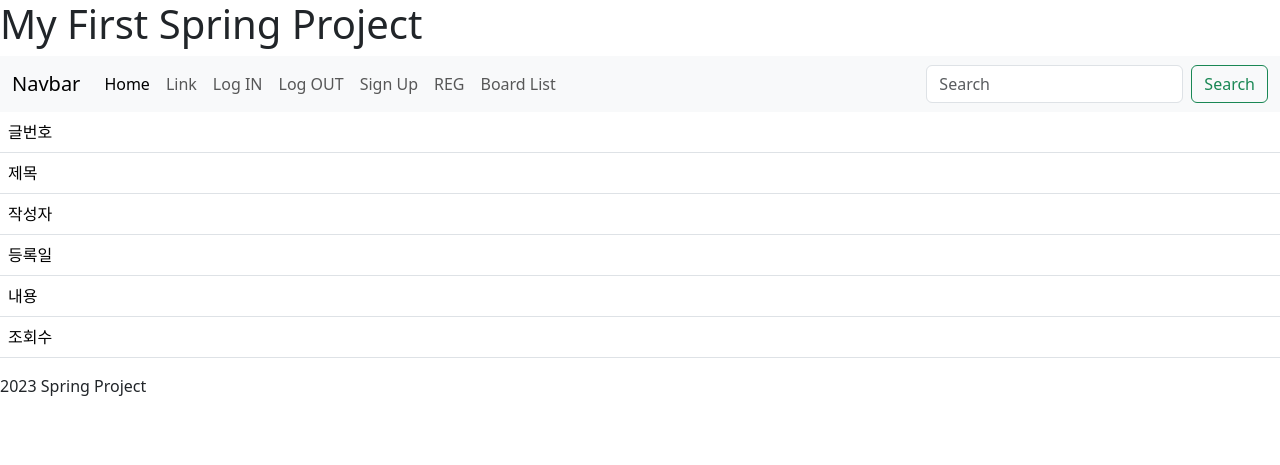
Repository: gatsby5959/_springTest
Page: http://localhost/spring-Test/WEB-INF/views/board/detail.jsp
These files come from the project's save history. The page is drawn as it stood at one moment and after the next save; the edit follows.
The browser window is 1280 px wide. The pictures show the whole page.
The page is served by Tomcat 9. Nobody is signed in. The template is opened directly, without the code that normally fills it, so the values that code supplies are empty.

Above is the page before, as saved 2023-10-05 10:36:15.

After the next save:
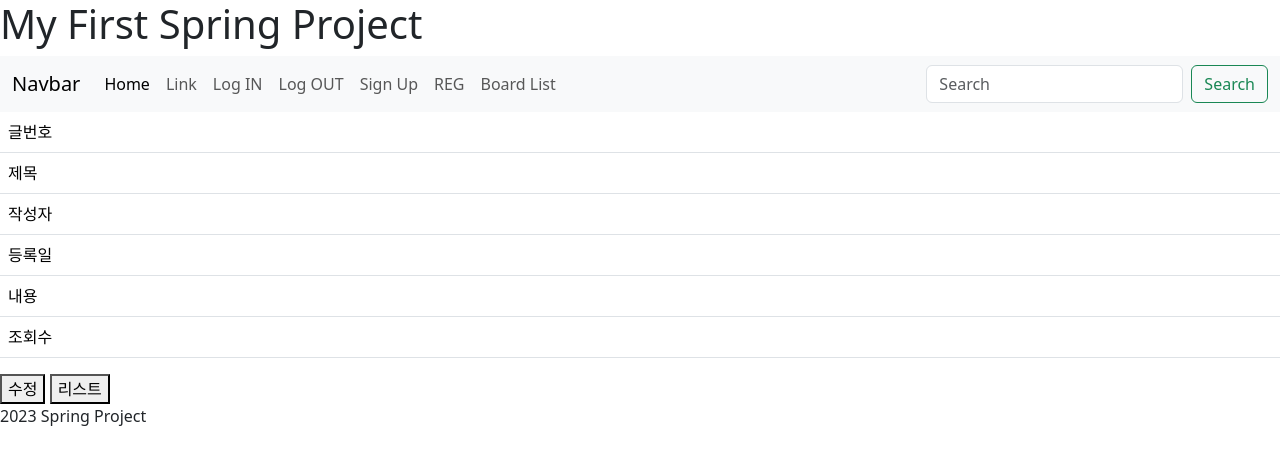
Saved 22 s later.
--- a/spring-Test/src/main/webapp/WEB-INF/views/board/detail.jsp
+++ b/spring-Test/src/main/webapp/WEB-INF/views/board/detail.jsp
@@ -50,8 +50,8 @@
         </tr>
     </tbody>
 </table>
-<a></a>
-<a></a>
+<a><button>수정</button></a>
+<a><button>리스트</button></a>
 
 <jsp:include page="../layout/footer.jsp"></jsp:include>
 
